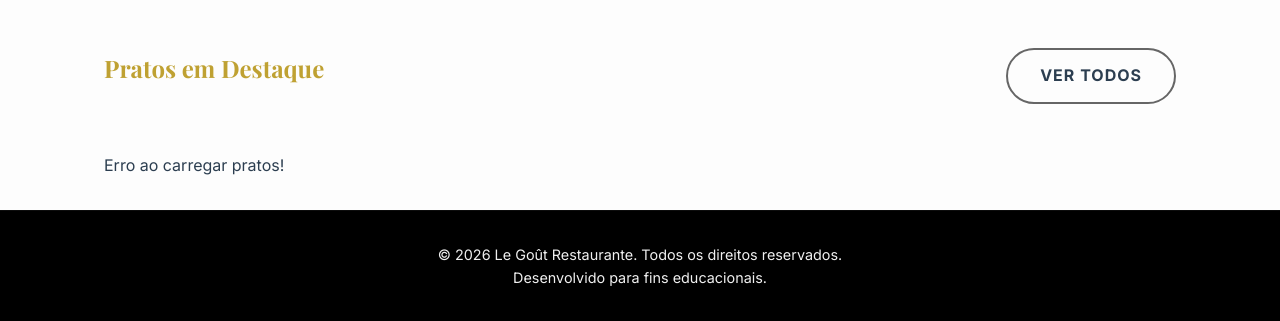
Repository: Dudazabel/CorrecaoProvaJS
Page: index.html
The author's editor kept a copy of each file at every save. The page is drawn from the files as they stood at one save, then again after a run of saves.
The browser window is 1280 px wide. The pictures show the part of the page from y = 481 to 1217 px (the page is 802 px tall before and 1217 px after).
The page's requests for data from a server got no answer.

Above is the page before, as saved 2026-04-16 16:07:48.
Console error: ReferenceError: loadFeaturedProducts is not defined

After the next 5 saves:
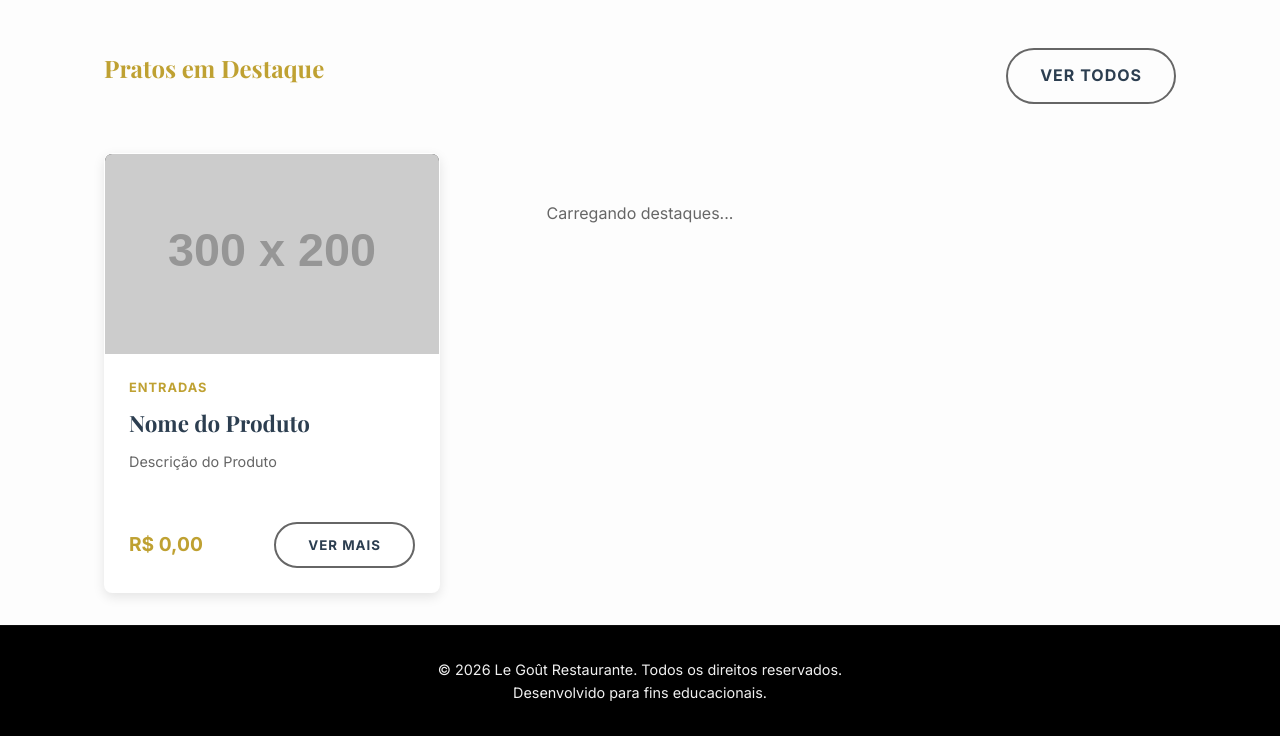
Console error: SyntaxError: missing ) after argument list
The 5 saves are shown as one change because they came seconds apart.
The last was saved 15 s later.
--- a/app.js
+++ b/app.js
@@ -36,7 +36,7 @@
                                 <p class="card-desc">${prato.descricao}</p>
                                 <div class="card-footer">
                                     <span class="price">R$ ${prato.preco.toLocaleString("pt-BR",
-                                    )}</span>
+                                        style: "currency",)}</span>
                                     <button class="btn btn-secondary" onclick="event.stopPropagation(); window.location.href='detail.html?id=${prato.id}'">
                                         Ver Mais
                                     </button>

After the 2 saves that followed:
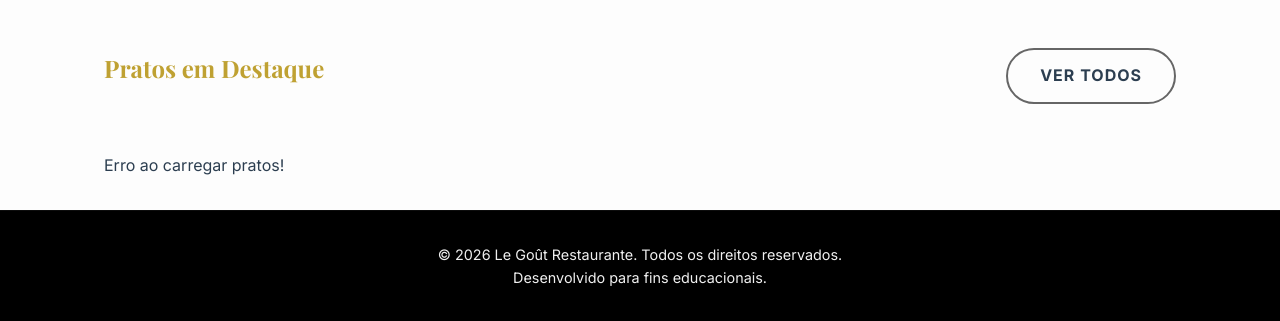
Console error: ReferenceError: loadFeaturedProducts is not defined
The 2 saves are shown as one change because 1 left the picture as it was.
The last was saved 27 s later.
--- a/app.js
+++ b/app.js
@@ -35,8 +35,10 @@
                                 <h3 class="card-title">${prato.nome}</h3>
                                 <p class="card-desc">${prato.descricao}</p>
                                 <div class="card-footer">
-                                    <span class="price">R$ ${prato.preco.toLocaleString("pt-BR",
-                                        style: "currency",)}</span>
+                                    <span class="price">R$ ${prato.preco.toLocaleString("pt-BR", {
+                                        style: "currency",
+                                    }
+                                        )}</span>
                                     <button class="btn btn-secondary" onclick="event.stopPropagation(); window.location.href='detail.html?id=${prato.id}'">
                                         Ver Mais
                                     </button>
